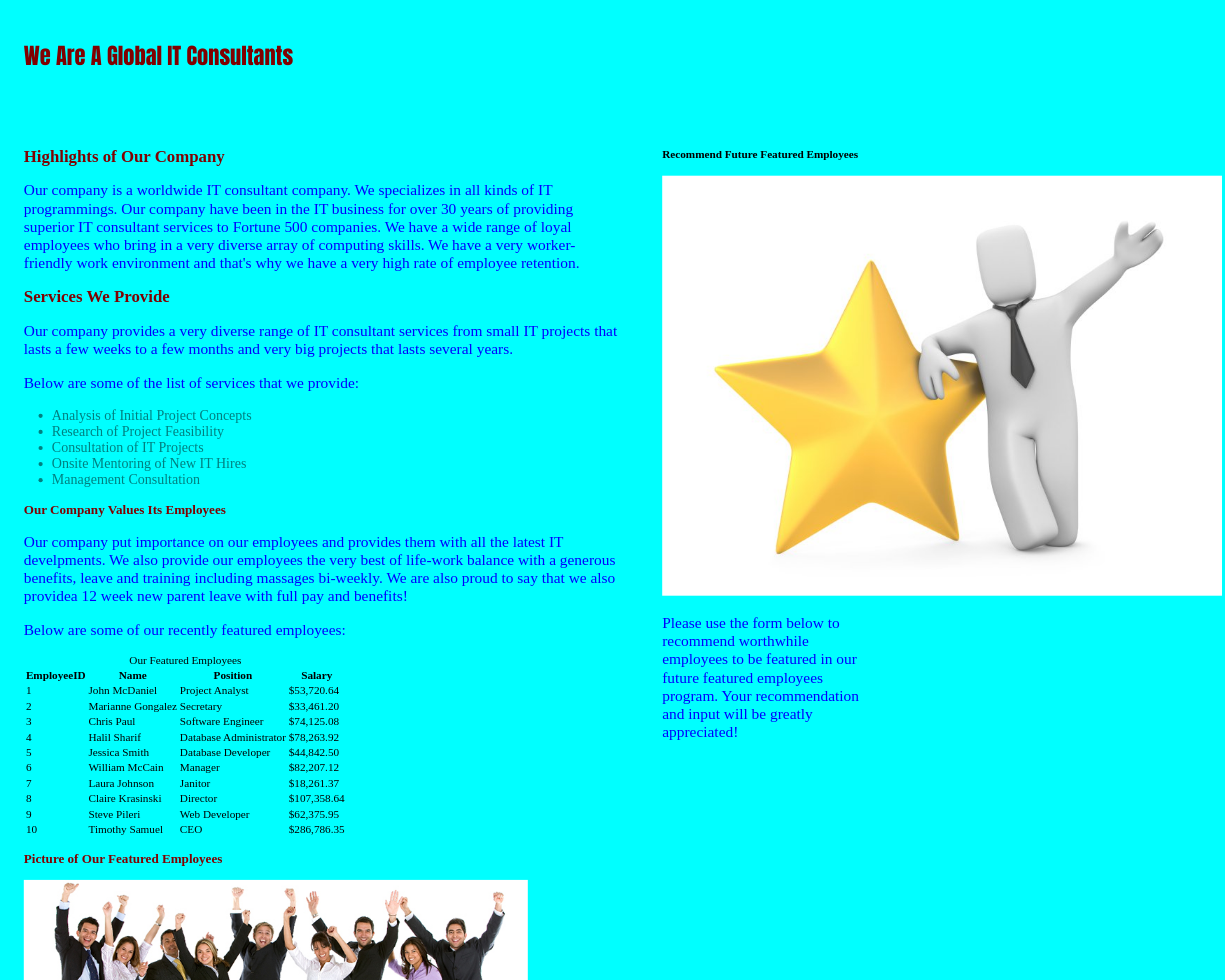
Repository: myjavaweb2/Week5JDBCAssignments
Page: http://localhost/myweek4project/
An editor plug-in stored every save of this project. The page is shown before and after the next save, followed by the edit.
The browser window is 1280 px wide. The page is 1746 px wide, then 1750 px, so the pictures cover 1750 px, including what lies to the right of the window. The pictures show the part of the page from y = 0 to 1400 px (the page is 1946 px tall before and 1923 px after), at 70% of full size.
The page is served by Tomcat 9. Other server files are loaded and not shown.

Above is the page before, as saved 2016-08-26 17:20:20.

### myweek4project/src/main/webapp/index.html
<!DOCTYPE html>
<html>
<head>
<meta charset="ISO-8859-1">
<link rel="stylesheet" href="styles.css" />
<title>Employees at the New World Company</title>
</head>
<body>

<header>
<h1>We Are A Global IT Consultants</h1>
</header>

<main>

<div>
<h2>Highlights of Our Company</h2>

<p>Our company is a worldwide IT consultant company. We specializes in all kinds of IT programmings.
Our company have been in the IT business for over 30 years of providing superior IT consultant
services to Fortune 500 companies. We have a wide range of loyal employees who bring in a very
diverse array of computing skills. We have a very worker-friendly work environment and that's
why we have a very high rate of employee retention.</p>

<h2>Services We Provide</h2>

<p>Our company provides a very diverse range of IT consultant services from small IT projects that lasts
a few weeks to a few months and very big projects that lasts several years.</p>

<p>Below are some of the list of services that we provide:</p>

<ul>
	<li>Analysis of Initial Project Concepts</li>
	<li>Research of Project Feasibility</li>
	<li>Consultation of IT Projects</li>
	<li>Onsite Mentoring of New IT Hires</li>
	<li>Management Consultation</li>
</ul>
</div>

<div>
<h3>Our Company Values Its Employees</h3>

<p>Our company put importance on our employees and provides them with all the latest IT develpments.
We also provide our employees the very best of life-work balance with a generous benefits, leave and
training including massages bi-weekly. We are also proud to say that we also providea 12 week new
parent leave with full pay and benefits!</p>

<p>Below are some of our recently featured employees:</p>

<table>
	<caption>Our Featured Employees</caption>
		<tr>
			<th>EmployeeID</th>
			<th>Name</th>
			<th>Position</th>
			<th>Salary</th>
		</tr>
		<tr>
			<td>1</td>
			<td>John McDaniel</td>
			<td>Project Analyst</td>
			<td>$53,720.64</td>
		</tr>
		<tr>
			<td>2</td>
			<td>Marianne Gongalez</td>
			<td>Secretary</td>
			<td>$33,461.20</td>
		</tr>
		<tr>
			<td>3</td>
			<td>Chris Paul</td>
			<td>Software Engineer</td>
			<td>$74,125.08</td>
		</tr>
		<tr>
			<td>4</td>
			<td>Halil Sharif</td>
			<td>Database Administrator</td>
			<td>$78,263.92</td>
		</tr>
		<tr>
			<td>5</td>
			<td>Jessica Smith</td>
			<td>Database Developer</td>
			<td>$44,842.50</td>
		</tr>
		<tr>
			<td>6</td>
			<td>William McCain</td>
			<td>Manager</td>
			<td>$82,207.12</td>
		</tr>
		<tr>
			<td>7</td>
			<td>Laura Johnson</td>
			<td>Janitor</td>
			<td>$18,261.37</td>
		</tr>
		<tr>
			<td>8</td>
			<td>Claire Krasinski</td>
			<td>Director</td>
			<td>$107,358.64</td>
		</tr>
		<tr>
			<td>9</td>
			<td>Steve Pileri</td>
			<td>Web Developer</td>
			<td>$62,375.95</td>
		</tr>
		<tr>
			<td>10</td>
			<td>Timothy Samuel</td>
			<td>CEO</td>
			<td>$286,786.35</td>
		</tr>

</table>

<h3>Picture of Our Featured Employees</h3>

<img alt="Snap of Employees" src="images/employees.jpg">

<p>Please join us at the Auditorium to celebrate with our featured employees
on Friday, September 2, 2016.</p>

<img alt="Employees Appreciation" src="images/employees2.jpg">
</div>

</main>

<aside>
<h4>Recommend Future Featured Employees</h4>

<img alt="Employee Pride" src="images/employee_pride.jpg">

<p>Please use the form below to recommend worthwhile employees to be featured
in our future featured employees program. Your recommendation and input will
be greatly appreciated!</p>


</aside>

<footer>For more information about previous featured employees, please
<a href="http://www.prnewswire.com/news-releases/video-production-agency-rep-interactive-wins-inccoms-50-best-workplaces-award-300317746.html">
click here.</a></footer>



</body>
</html>

### myweek4project/src/main/webapp/styles.css
html, body {
	margin: 15px;
	padding: 2px;
	border: 1px;
	font-size: 100%;
	background-color: aqua;
}

header {
	height: 135px;
}

main {
	width: 850px;
	background-color: aqua;
	float: left;
}

aside {
	width: 300px;
	background-color: aqua;
	float: right;
}

footer {
	clear: both;
}

p {
	font-style: Times New Roman, Tahoma, sans serif;
	font-size: 22px;
	color: blue;
}

h1, h2, h3 {
	font-family: fantasy, serif;
	color:maroon;
}

h1 {
	font-family: "Helvetica-Bold",Impact, sans serif;

}

ul {
	color:teal;
	font-size: 20px;
}
a {
	color: purple;
	text-decoration: none;
}

After the next save:
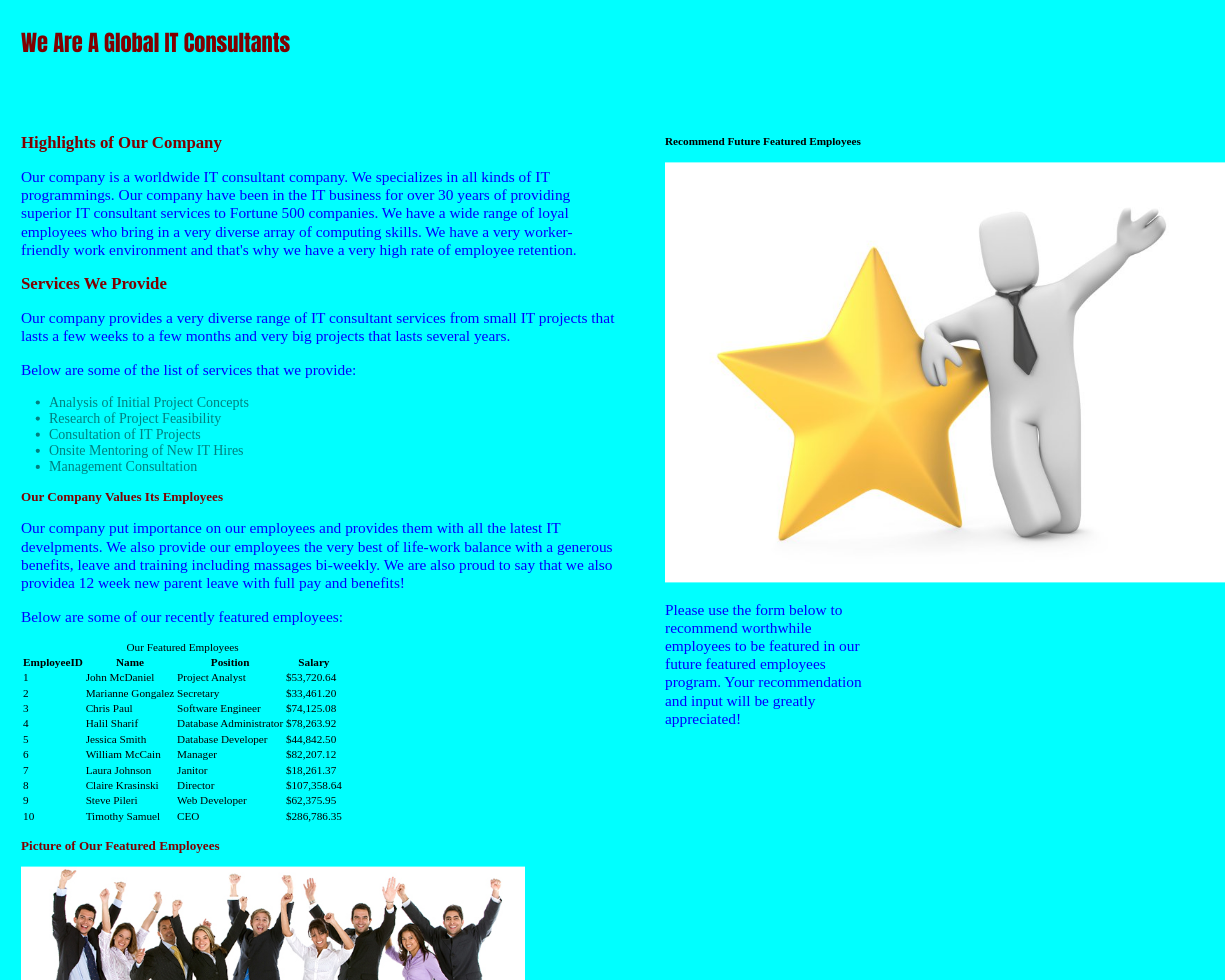
Saved 19 s later.
--- a/myweek4project/src/main/webapp/styles.css
+++ b/myweek4project/src/main/webapp/styles.css
@@ -1,6 +1,6 @@
 html, body {
 	margin: 15px;
-	padding: 2px;
+	padding: 0px;
 	border: 1px;
 	font-size: 100%;
 	background-color: aqua;
